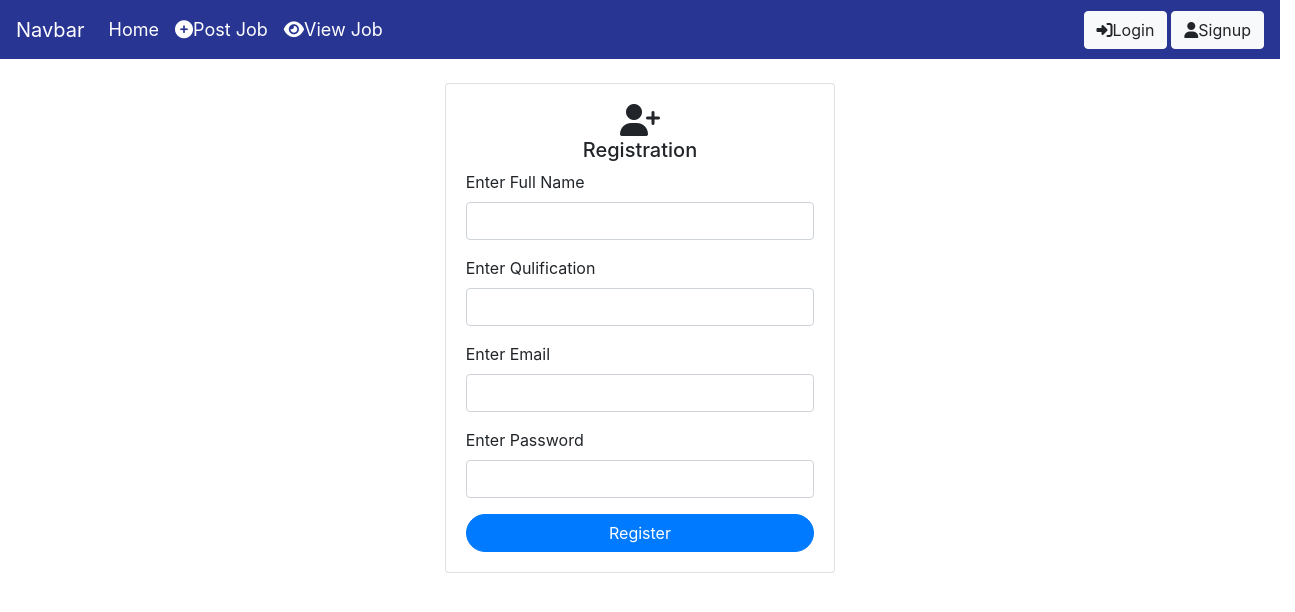
Repository: Pankaj08072001/Adv_Java
Page: http://localhost/06_Job_portal_Project/Signup.jsp
These files come from the project's save history. The page is drawn as it stood at one moment and after the next save; the edit follows.
The browser window is 1280 px wide. The page is 1295 px wide, so the pictures cover 1295 px, including what lies to the right of the window. The pictures show the whole page.
Some web libraries are served in a nearby version. The page is served by Tomcat 9. Other server files are loaded and not shown.

Above is the page before, as saved 2025-03-13 20:02:02.

### 06_Job_portal_Project/src/main/webapp/Signup.jsp
<%@ page language="java" contentType="text/html; charset=UTF-8"
	pageEncoding="UTF-8"%>
<!DOCTYPE html>
<html>
<head>
<meta charset="UTF-8">
<title>Sign Up page</title>
<%@include file="All_component/All_css.jsp"%>

</head>
<body>
	<%@include file="All_component/Navbar.jsp"%>

	<div class="continer-fluid">
		<div class="row p-4">
			<div class="col-md-4 offset-md-4">
				<div class="card">
					<div class="card-body">
						<div class="text-center">
							<i class="fa fa-user-plus fa-2x" aria-hidden="true"></i>
							<h5>Registration</h5>
						</div>
						<%--  <c:if test= "${not empty succMsg}">
						<h4 class="text-center text-danger"> ${succMsg }</h4>
						</c:if>
						--%>

						<form action="Register" method="post">
							<div class="form-group">
								<label>Enter Full Name</label><input type="text"
									required="required" class="form-control"
									id="exampleInputEmail1" aria-describedby="emailHelp"
									name="name">
							</div>

							<div class="form-group">
								<label>Enter Qulification</label><input type="text"
									required="required" class="form-control"
									id="exampleInputEmail1" aria-describedby="emailHelp" name="qua">
							</div>

							<div class="form-group">
								<label>Enter Email</label><input type="email"
									required="required" class="form-control"
									id="exampleInputEmail1" aria-describedby="emailHelp"
									name="email">
							</div>


							<div class="form-group">
								<label>Enter Password</label><input type="password"
									required="required" class="form-control"
									id="exampleInputEmail1" name="ps">
							</div>
							<button class="btn btn-primary badge-pill btn-block"
								type="submit">Register</button>
						</form>

					</div>
				</div>
			</div>
		</div>

	</div>

</body>
</html>

### 06_Job_portal_Project/src/main/webapp/All_component/All_css.jsp
<link rel="stylesheet"
	href="https://cdn.jsdelivr.net/npm/bootstrap@4.0.0/dist/css/bootstrap.min.css"
	integrity="sha384-Gn5384xqQ1aoWXA+058RXPxPg6fy4IWvTNh0E263XmFcJlSAwiGgFAW/dAiS6JXm"
	crossorigin="anonymous">


<script src="https://code.jquery.com/jquery-3.2.1.slim.min.js"
	integrity="sha384-KJ3o2DKtIkvYIK3UENzmM7KCkRr/rE9/Qpg6aAZGJwFDMVNA/GpGFF93hXpG5KkN"
	crossorigin="anonymous"></script>
<script
	src="https://cdn.jsdelivr.net/npm/popper.js@1.12.9/dist/umd/popper.min.js"
	integrity="sha384-ApNbgh9B+Y1QKtv3Rn7W3mgPxhU9K/ScQsAP7hUibX39j7fakFPskvXusvfa0b4Q"
	crossorigin="anonymous"></script>
<script
	src="https://cdn.jsdelivr.net/npm/bootstrap@4.0.0/dist/js/bootstrap.min.js"
	integrity="sha384-JZR6Spejh4U02d8jOt6vLEHfe/JQGiRRSQQxSfFWpi1MquVdAyjUar5+76PVCmYl"
	crossorigin="anonymous"></script>

<link rel="stylesheet"
	href="https://cdnjs.cloudflare.com/ajax/libs/font-awesome/6.7.2/css/all.min.css"
	integrity="sha512-Evv84Mr4kqVGRNSgIGL/F/aIDqQb7xQ2vcrdIwxfjThSH8CSR7PBEakCr51Ck+w+/U6swU2Im1vVX0SVk9ABhg=="
	crossorigin="anonymous" referrerpolicy="no-referrer" />

	<link rel="Stylesheet" href ="All_component/Style.css" >

### 06_Job_portal_Project/src/main/webapp/All_component/Navbar.jsp
<nav class="navbar navbar-expand-lg navbar-dark bg-custom">
	<a class="navbar-brand" href="#">Navbar</a>
	<button class="navbar-toggler" type="button" data-toggle="collapse"
		data-target="#navbarSupportedContent"
		aria-controls="navbarSupportedContent" aria-expanded="false"
		aria-label="Toggle navigation">
		<span class="navbar-toggler-icon"></span>
	</button>

	<div class="collapse navbar-collapse" id="navbarSupportedContent">
		<ul class="navbar-nav mr-auto">
			<li class="nav-item active"><a class="nav-link" href="#">Home
					<span class="sr-only">(current)</span>
			</a></li>
			<li class="nav-item"><a class="nav-link" href="#"><i class="fas fa-plus-circle"></i>Post Job</a></li>
			<li class="nav-item"><a class="nav-link" href="#"><i class="fas fa-eye"></i>View Job</a></li>

		</ul>
		<form class="form-inline my-2 my-lg-0">
			<a href="login.jsp" class="btn btn-light mr-1"> <i class="fas fa-sign-in-alt"></i>Login</a>
			<a href ="Signup.jsp" class="btn btn-light"><i class="fas fa-user"></i>Signup</a>
		</form>
	</div>
</nav>

### 06_Job_portal_Project/src/main/webapp/All_component/Style.css
.bg-custom{
	background : #283593 !important;

}
.navbar .nav-item .nav-link{
	font-size: 18px;
	color : white;
}
.navbar .nav-item:hover .nav-link{
	background : white ;
	color : black;
	border-radius: 10px;
}

After the next save:
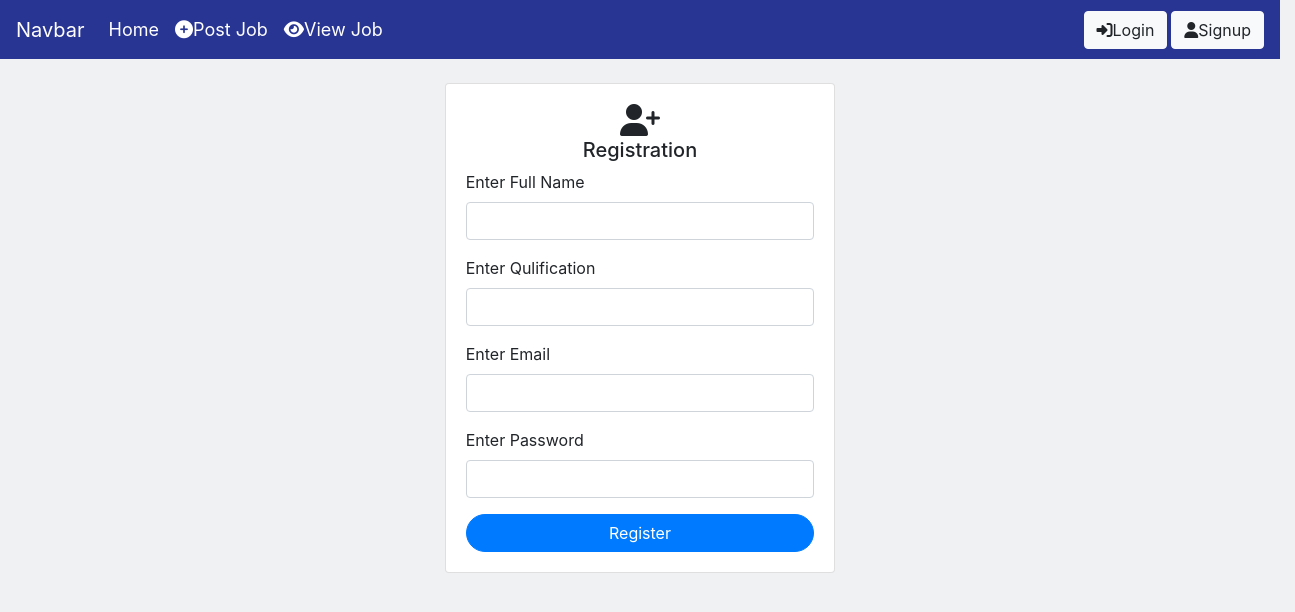
Saved 2 min 0 s later.
--- a/06_Job_portal_Project/src/main/webapp/Signup.jsp
+++ b/06_Job_portal_Project/src/main/webapp/Signup.jsp
@@ -8,7 +8,7 @@
 <%@include file="All_component/All_css.jsp"%>
 
 </head>
-<body>
+<body style="background-color : #f0f1f2">
 	<%@include file="All_component/Navbar.jsp"%>
 
 	<div class="continer-fluid">
